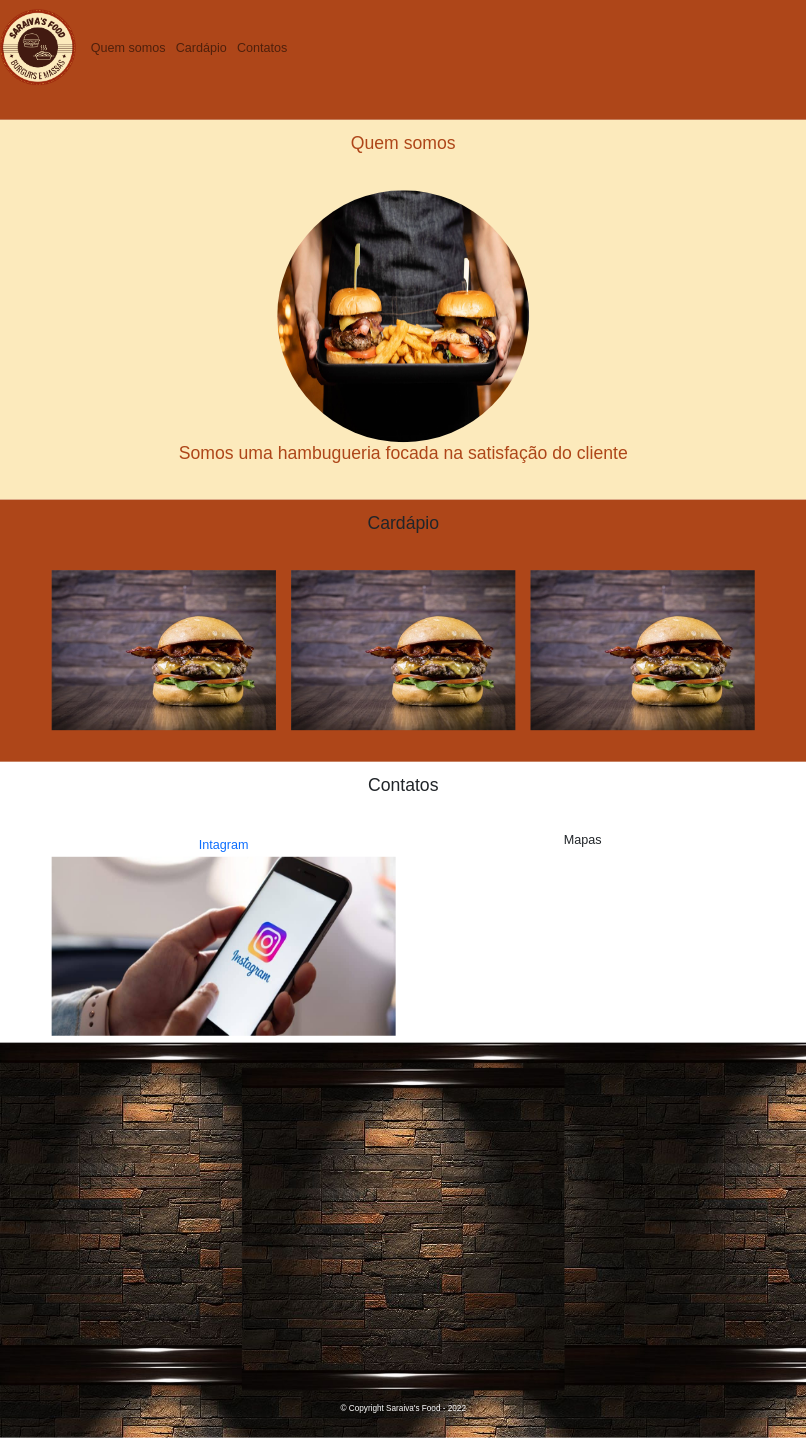
Repository: Tuanemendes/curso_bootstrap
Page: projeto1/index.html
The author's editor kept a copy of each file at every save. The page is drawn from the files as they stood at one save, then again after the next save.
The browser window is 1280 px wide. The pictures show the whole page, at 63% of full size.
Pictures or frames that could not be fetched are drawn as grey boxes.

Above is the page before, as saved 2022-04-04 17:56:37.

### projeto1/index.html
<!DOCTYPE html>
<html lang="pt-br">

<head>
    <title>Saraiva's</title>
    <meta charset="utf-8">
     <link href="https://cdn.jsdelivr.net/npm/bootstrap@5.1.3/dist/css/bootstrap.min.css" rel="stylesheet" integrity="sha384-1BmE4kWBq78iYhFldvKuhfTAU6auU8tT94WrHftjDbrCEXSU1oBoqyl2QvZ6jIW3" crossorigin="anonymous">
        <link rel=" stylesheet" type="text/css" href="/css/style.css">
</head>

<body>
    <nav class="navbar navbar-expand-lg navbar-light margin">
        <a class="navbar-brand" href="#">
            <img src="/img/saraivasfood.png" alt="logo" width="120" height="120">
        </a>
        <div class="collapse navbar-collapse">
            <ul class="navbar-nav">
                <li class="nav-item">
                    <a class="nav-link " href="#"> Quem somos </a>
                </li>
                <li class="nav-item">
                    <a class="nav-link " href="#"> Cardápio </a>
                </li>
                <li class="nav-item">
                    <a class="nav-link " href="#"> Contatos </a>
                </li>
            </ul>
        </div>
    </nav>

    <section id="quemsomos">
        <div class="container-fluid quem-somos text-center margin">
            <h3 class="margin">Quem somos</h3>
            <img src="/img/FICHA-TECNICA-PARA-HAMBURGUERIA-DICA.jpg" class="rounded-circle" alt="burgueria" width="400" height="400">
            <h3>Somos uma hambugueria  focada na satisfação do cliente</h3>
        </div>
    </section>
    <section id="cardapio">
        <div class="container-fluid text-center margin cardapio">
           <h3 class="margin">Cardápio</h3>
            <div class="container">
                <div class="row">
                    <div class="col-lg-4">
                         <img src="/img/como-montar-uma-hamburgueria.jpg" alt="" width="100%" >

                    </div>
                    <div class="col-lg-4">
                        <img src="/img/como-montar-uma-hamburgueria.jpg" alt="" width="100%">

                    </div>
                    <div class="col-lg-4">
                        <img src="/img/como-montar-uma-hamburgueria.jpg" alt="" width="100%">

                    </div>
                </div>
            </div>
        </div>
    </section>

    <section id="contatos">
        <div class="container-fluid text-center margin contatos">
            <h3 class="margin">Contatos</h3>
            <div class="container">
                <div class="row">
                    <div class="col-lg-6">
                        <a class="nav-link active" href="https://www.instagram.com/saraivasfood/">Intagram</a>
                        <img src="/img/Instagram-1-1000x450.jpg" alt="" width="100%" height="100%">
                    </div>
                    <div class="col-lg-6">
                        <p> Mapas</p>

                        <iframe src="https://www.google.com/maps/embed?pb=!1m18!1m12!1m3!1d3752.8455517590714!2d-44.02769498450882!3d-19.846486940844304!2m3!1f0!2f0!3f0!3m2!1i1024!2i768!4f13.1!3m3!1m2!1s0xa6922b50d9f6bb%3A0x419cabd354821c77!2sR.%20Cl%C3%A1udio%20Manoel%20da%20Costa%20-%20Nacional%2C%20Contagem%20-%20MG%2C%2032185-210!5e0!3m2!1spt-BR!2sbr!4v1649093905627!5m2!1spt-BR!2sbr" width="100%" height="100%" style="border:0;" allowfullscreen="" loading="lazy" referrerpolicy="no-referrer-when-downgrade"></iframe>
                    </div>
                </div>
            </div>
        </div>
    </section>

    <footer class="container-fluid text-center">
        <img src="/img/27cc887a3ec0d44abc315f40abb07257.jpg" alt="fundo">
        <p class="copyright"> © Copyright Saraiva's Food - 2022</p>
    </footer>
</body>

</html>

### css/style.css
body{
  font: 20px Arial,sans-serif;
}
footer {
	text-align: center;
	background: url("/img/27cc887a3ec0d44abc315f40abb07257.jpg");
	padding: 40px 0;
}

.navbar{
    background-color: #ae4619;

}
.quem-somos{
    background-color: #fceabc;
    color: #ae4619;

}
.margin{
    padding-bottom: 50px;
    padding-top: 10px;

}
.cardapio{
    background-color: #ae4619;

}
.contato{
    background-color: #fceabc;
    color: #ae4619;

}

.copyright{
    color: #FFFFFF;
	font-size: 13px;
	margin: 20px 0 0;

}

After the next save:
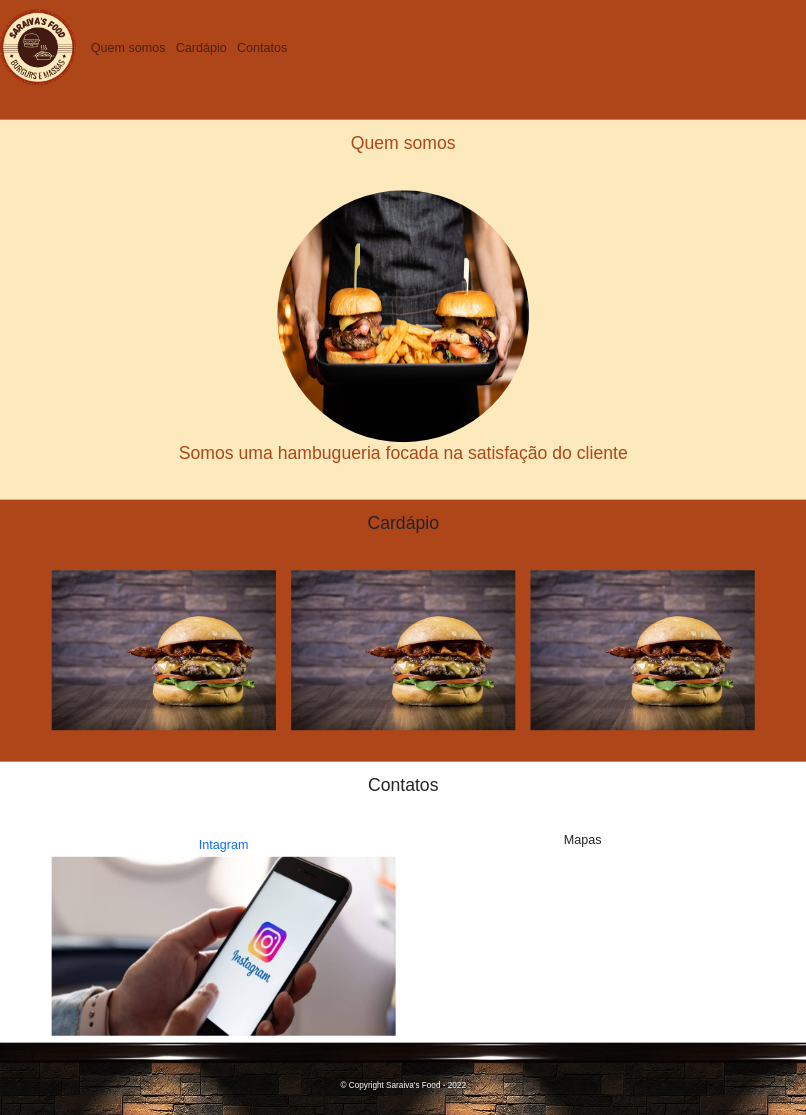
Saved 11 s later.
--- a/projeto1/index.html
+++ b/projeto1/index.html
@@ -77,7 +77,6 @@
     </section>
 
     <footer class="container-fluid text-center">
-        <img src="/img/27cc887a3ec0d44abc315f40abb07257.jpg" alt="fundo">
         <p class="copyright"> © Copyright Saraiva's Food - 2022</p>
     </footer>
 </body>
